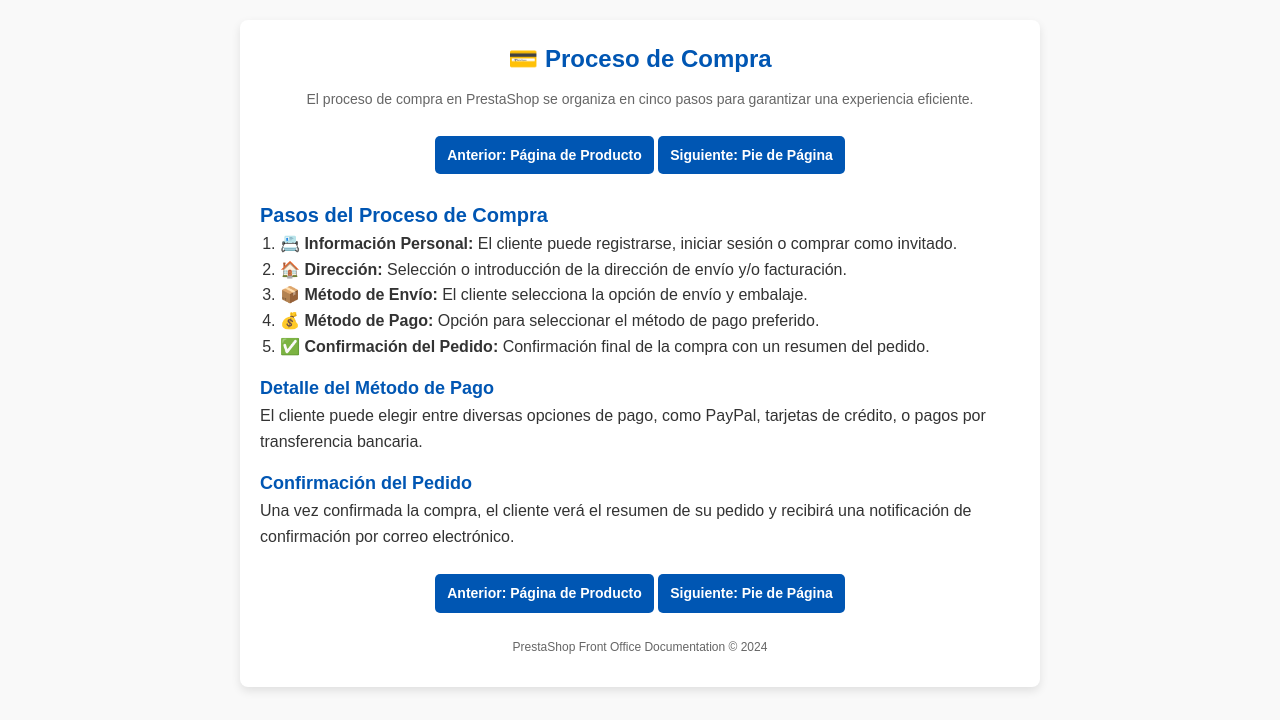
Repository: mag00s/documentacion-prestashop
Page: checkout.html
These files come from the project's save history. The page is drawn as it stood at one moment and after the next save; the edit follows.
The browser window is 1280 px wide. The pictures show the whole page.

Above is the page before, as saved 2024-11-13 16:53:07.

### checkout.html
<!DOCTYPE html>
<html lang="es">
<head>
    <meta charset="UTF-8">
    <meta name="viewport" content="width=device-width, initial-scale=1.0">
    <title>Proceso de Compra - Manual</title>
    <link rel="stylesheet" href="styles.css">
</head>
<body>
    <div class="container">
        <header>
            <h1>💳 Proceso de Compra</h1>
            <p>El proceso de compra en PrestaShop se organiza en cinco pasos para garantizar una experiencia eficiente.</p>
        </header>

        <nav>
            <a href="product-page.html" class="button-link">Anterior: Página de Producto</a>
            <a href="footer.html" class="button-link">Siguiente: Pie de Página</a>
        </nav>

        <section>
            <h2>Pasos del Proceso de Compra</h2>
            <ol>
                <li>📇 <strong>Información Personal:</strong> El cliente puede registrarse, iniciar sesión o comprar como invitado.</li>
                <li>🏠 <strong>Dirección:</strong> Selección o introducción de la dirección de envío y/o facturación.</li>
                <li>📦 <strong>Método de Envío:</strong> El cliente selecciona la opción de envío y embalaje.</li>
                <li>💰 <strong>Método de Pago:</strong> Opción para seleccionar el método de pago preferido.</li>
                <li>✅ <strong>Confirmación del Pedido:</strong> Confirmación final de la compra con un resumen del pedido.</li>
            </ol>

            <h3>Detalle del Método de Pago</h3>
            <p>El cliente puede elegir entre diversas opciones de pago, como PayPal, tarjetas de crédito, o pagos por transferencia bancaria.</p>

            <h3>Confirmación del Pedido</h3>
            <p>Una vez confirmada la compra, el cliente verá el resumen de su pedido y recibirá una notificación de confirmación por correo electrónico.</p>
        </section>

        <footer>
            <nav>
                <a href="product-page.html" class="button-link">Anterior: Página de Producto</a>
                <a href="footer.html" class="button-link">Siguiente: Pie de Página</a>
            </nav>
            <p>PrestaShop Front Office Documentation © 2024</p>
        </footer>
    </div>
</body>
</html>

### styles.css
/* General Reset */
* {
    margin: 0;
    padding: 0;
    box-sizing: border-box;
}

/* Body and Font */
body {
    font-family: Arial, sans-serif;
    line-height: 1.6;
    color: #333;
    background-color: #f9f9f9;
    padding: 20px;
}

/* Container */
.container {
    max-width: 800px;
    margin: 0 auto;
    padding: 20px;
    background-color: #fff;
    border-radius: 8px;
    box-shadow: 0px 4px 10px rgba(0, 0, 0, 0.1);
}

/* Header */
header {
    text-align: center;
    margin-bottom: 20px;
}

header h1 {
    font-size: 24px;
    color: #0056b3;
}

header p {
    font-size: 14px;
    color: #666;
}

/* Navigation */
nav {
    margin-bottom: 20px;
    text-align: center;
}

nav a {
    color: #0056b3;
    text-decoration: none;
    margin: 0 10px;
    font-weight: bold;
}

nav a:hover {
    text-decoration: underline;
}

/* Main Content */
h1, h2, h3 {
    color: #0056b3;
}

h1 {
    font-size: 24px;
    margin-bottom: 10px;
}

h2 {
    font-size: 20px;
    margin-top: 20px;
}

h3 {
    font-size: 18px;
    margin-top: 15px;
}

p, ul, ol {
    margin-bottom: 10px;
}

ul, ol {
    padding-left: 20px;
}

ul li {
    margin-bottom: 8px;
}

/* Footer Navigation */
footer {
    margin-top: 20px;
    text-align: center;
}

footer p {
    font-size: 12px;
    color: #666;
}

/* Button-like Links */
.button-link {
    display: inline-block;
    background-color: #0056b3;
    color: white;
    padding: 8px 12px;
    border-radius: 5px;
    text-decoration: none;
    margin: 5px 0;
    font-size: 14px;
}

.button-link:hover {
    background-color: #003d80;
}

After the next save:
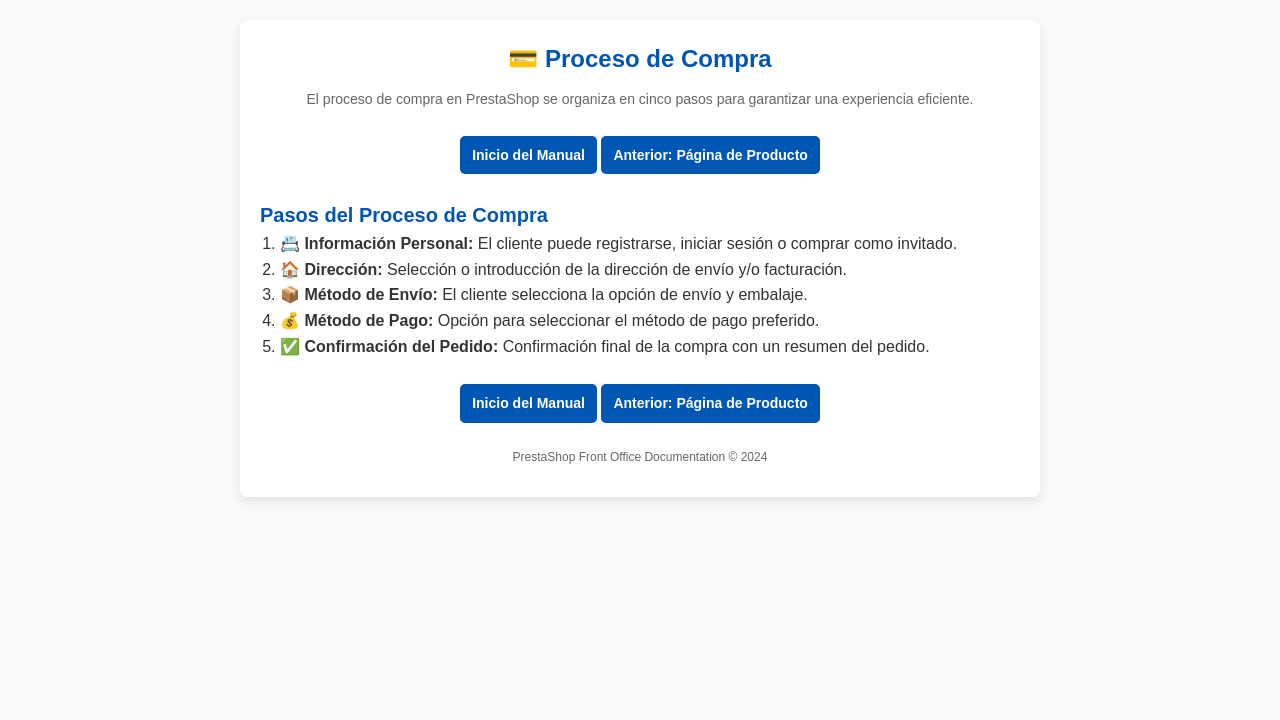
Saved 7 min 26 s later.
--- a/checkout.html
+++ b/checkout.html
@@ -14,8 +14,8 @@
         </header>
 
         <nav>
+            <a href="index.html" class="button-link">Inicio del Manual</a>
             <a href="product-page.html" class="button-link">Anterior: Página de Producto</a>
-            <a href="footer.html" class="button-link">Siguiente: Pie de Página</a>
         </nav>
 
         <section>
@@ -27,18 +27,12 @@
                 <li>💰 <strong>Método de Pago:</strong> Opción para seleccionar el método de pago preferido.</li>
                 <li>✅ <strong>Confirmación del Pedido:</strong> Confirmación final de la compra con un resumen del pedido.</li>
             </ol>
-
-            <h3>Detalle del Método de Pago</h3>
-            <p>El cliente puede elegir entre diversas opciones de pago, como PayPal, tarjetas de crédito, o pagos por transferencia bancaria.</p>
-
-            <h3>Confirmación del Pedido</h3>
-            <p>Una vez confirmada la compra, el cliente verá el resumen de su pedido y recibirá una notificación de confirmación por correo electrónico.</p>
         </section>
 
         <footer>
             <nav>
+                <a href="index.html" class="button-link">Inicio del Manual</a>
                 <a href="product-page.html" class="button-link">Anterior: Página de Producto</a>
-                <a href="footer.html" class="button-link">Siguiente: Pie de Página</a>
             </nav>
             <p>PrestaShop Front Office Documentation © 2024</p>
         </footer>
